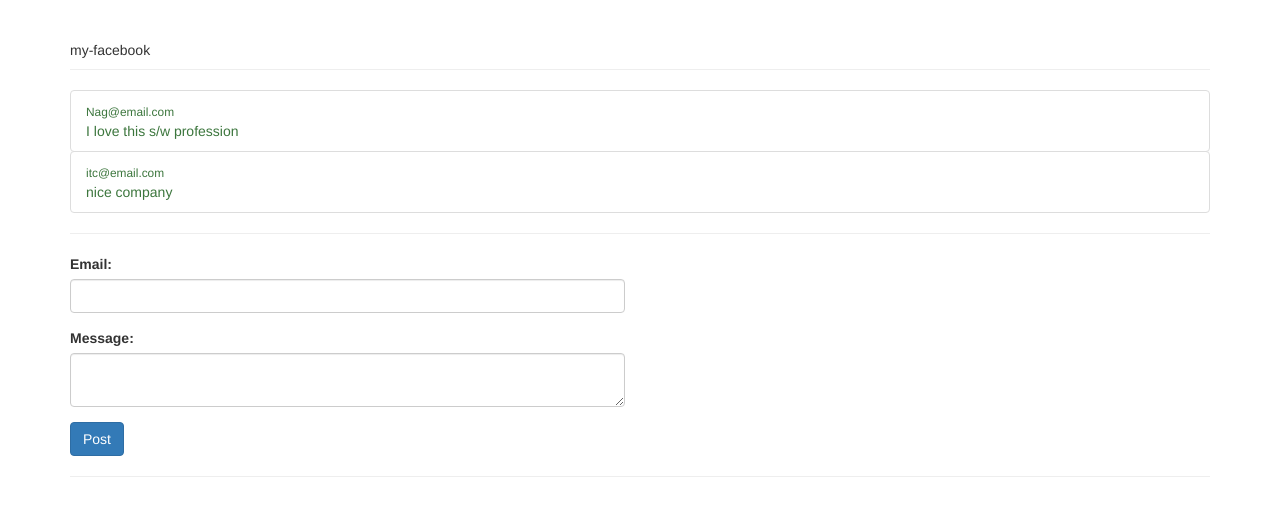
Repository: nagabhushanamn/itc-batch
Page: new/my-facebook/WebContent/index.html
An editor plug-in stored every save of this project. The page is shown before and after a run of saves, followed by the edit.
The browser window is 1280 px wide. The pictures show the whole page.

Above is the page before, as saved 2017-03-18 11:54:09.

### new/my-facebook/WebContent/index.html
<!DOCTYPE html>
<html>
<head>
<meta charset="UTF-8">
<title>my-facebook</title>
<link href="css/bootstrap.css" rel="stylesheet">
</head>
<body class="container">

	<div class="page-header">my-facebook</div>

	<div class="list-group">
		<div class="alert alert-success list-group-item">
			<small>Nag@email.com</small>
			<p>I love this s/w profession</p>
		</div>
		<div class="alert alert-success list-group-item">
			<small>itc@email.com</small>
			<p>nice company</p>
		</div>
	</div>
	<hr/>

	<div class="row">
		<div class="col-sm-6">
			<form id="post-form" >
				<div class="form-group">
					<label>Email:</label>
					<input id="email" class="form-control"/>
				</div>
				<div class="form-group">
					<label>Message:</label>
					<textarea id="message" class="form-control"></textarea>
				</div>
				<button type="submit" class="btn btn-primary">Post</button>
			</form>
		</div>
	</div>
	<hr/>


	<script type="text/javascript" src="jquery-3.2.0.js"></script>
	<script type="text/javascript" src="my-app.js"></script>




</body>
</html>

### new/my-facebook/WebContent/my-app.js
/**
 *
 */

$(document).ready(function() {

	var postForm = $('#post-form');

	postForm.submit(function(e) {

		var emailField = $('#email', this);
		var messageField = $('#message', this);

		var email = emailField.val();
		var message = messageField.val();

		var post = {
			email : email,
			message : message
		};

		$.ajax({
			url : "/my-facebook/save-post",
			method : 'POST',
			data : post,
			success : function(resp) {
				console.log(resp);
			},
			failure : function() {
				console.log("failed...");
			}

		});

		e.preventDefault();

	});

});

Loaded but not shown: new/my-facebook/WebContent/css/bootstrap.css (library); new/my-facebook/WebContent/jquery-3.2.0.js (library)

After the next 2 saves:
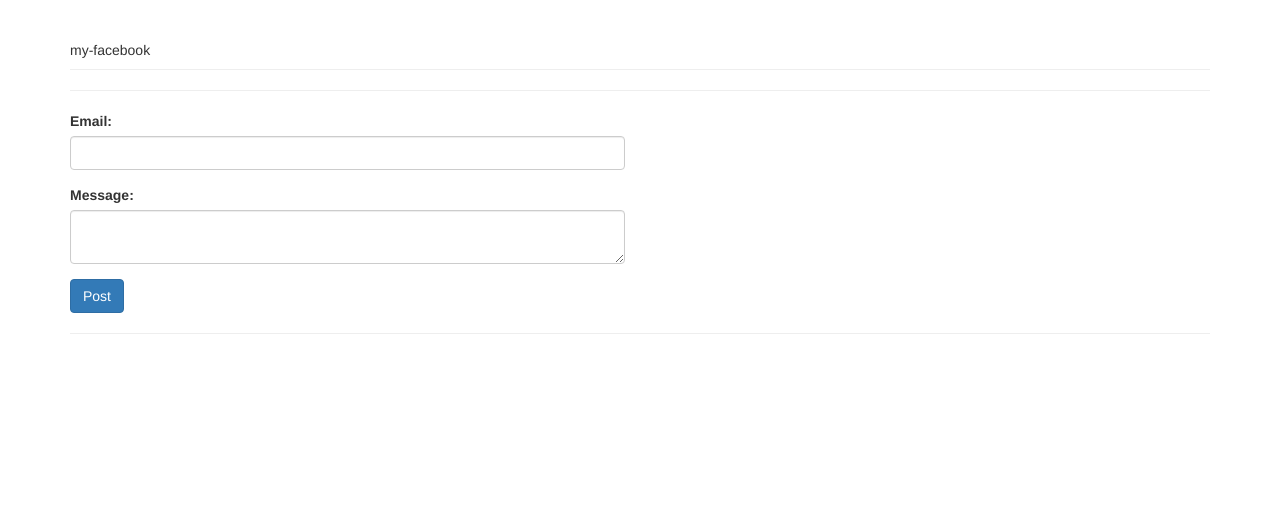
The 2 saves are shown as one change because they came seconds apart.
The last was saved 6 min 52 s later.
--- a/new/my-facebook/WebContent/index.html
+++ b/new/my-facebook/WebContent/index.html
@@ -10,15 +10,8 @@
 	<div class="page-header">my-facebook</div>
 
 	<div class="list-group">
-		<div class="alert alert-success list-group-item">
-			<small>Nag@email.com</small>
-			<p>I love this s/w profession</p>
-		</div>
-		<div class="alert alert-success list-group-item">
-			<small>itc@email.com</small>
-			<p>nice company</p>
-		</div>
 	</div>
+
 	<hr/>
 
 	<div class="row">
